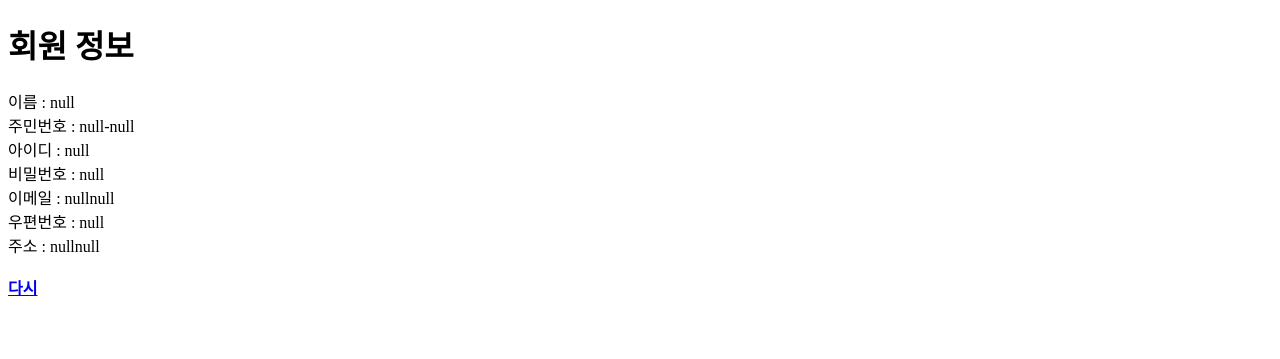
Repository: jsunnypi/JSP
Page: http://localhost/Test/inputlist.jsp
An editor plug-in stored every save of this project. The page is shown before and after the next save, followed by the edit.
The browser window is 1280 px wide. The pictures show the whole page.
The page is served by Tomcat 9.

Above is the page before, as saved 2024-11-14 05:59:52.

### Test/src/main/webapp/inputlist.jsp
<%@ page language="java" contentType="text/html; charset=UTF-8"
    pageEncoding="UTF-8"%>
<!DOCTYPE html>
<html>
<head>
<meta charset="UTF-8">
<title>Insert title here</title>
</head>
<body>
	<h1>회원 정보</h1>
	<%
		request.setCharacterEncoding("UTF-8");

		String name = request.getParameter("name");
		out.print("이름 : " + name + "<br>");

		String bd = request.getParameter("bd");
		String bd2 = request.getParameter("bd2");
		out.print("주민번호 : " + bd +"-"+ bd2+ "<br>");

		String id = request.getParameter("id");
		out.print("아이디 : "+ id + "<br>");

		String pw = request.getParameter("pw");
		out.print("비밀번호 : " + pw +"<br>");

		String email = request.getParameter("email");
		String com = request.getParameter("com");
		out.print("이메일 : " + email + com + "<br>");//

		String pn = request.getParameter("postnumber");
		out.print("우편번호 : " + pn + "<br>");

		String addr = request.getParameter("addr");
		String addr2 = request.getParameter("addr2");
		out.print("주소 : " + addr + addr2 + "<br>");











	%>



	<br>

	<b><a href='javascript:history.go(-1)'>다시</a></b>
</body>
</html>

After the next save:
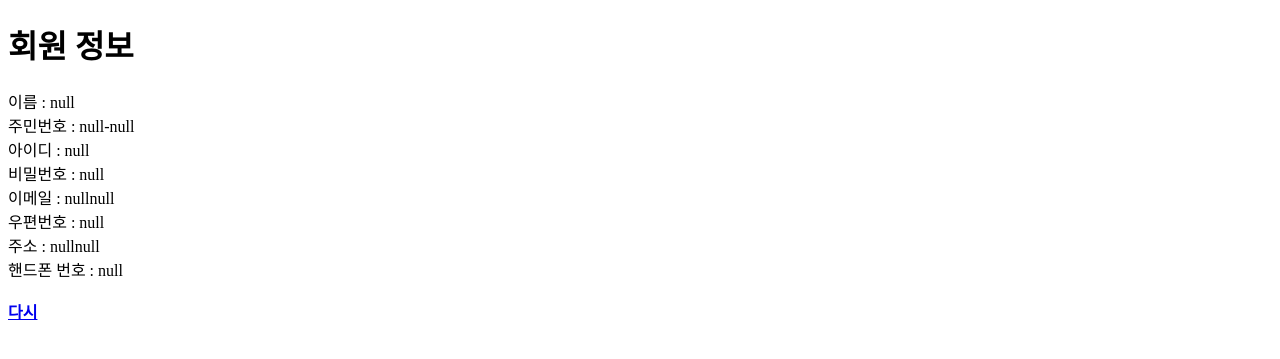
Saved 2 min 19 s later.
--- a/Test/src/main/webapp/inputlist.jsp
+++ b/Test/src/main/webapp/inputlist.jsp
@@ -35,7 +35,8 @@
 		String addr2 = request.getParameter("addr2");
 		out.print("주소 : " + addr + addr2 + "<br>");
 
-
+		String phone = request.getParameter("phone");
+		out.print("핸드폰 번호 : " + phone + "<br>");
 
 
 
